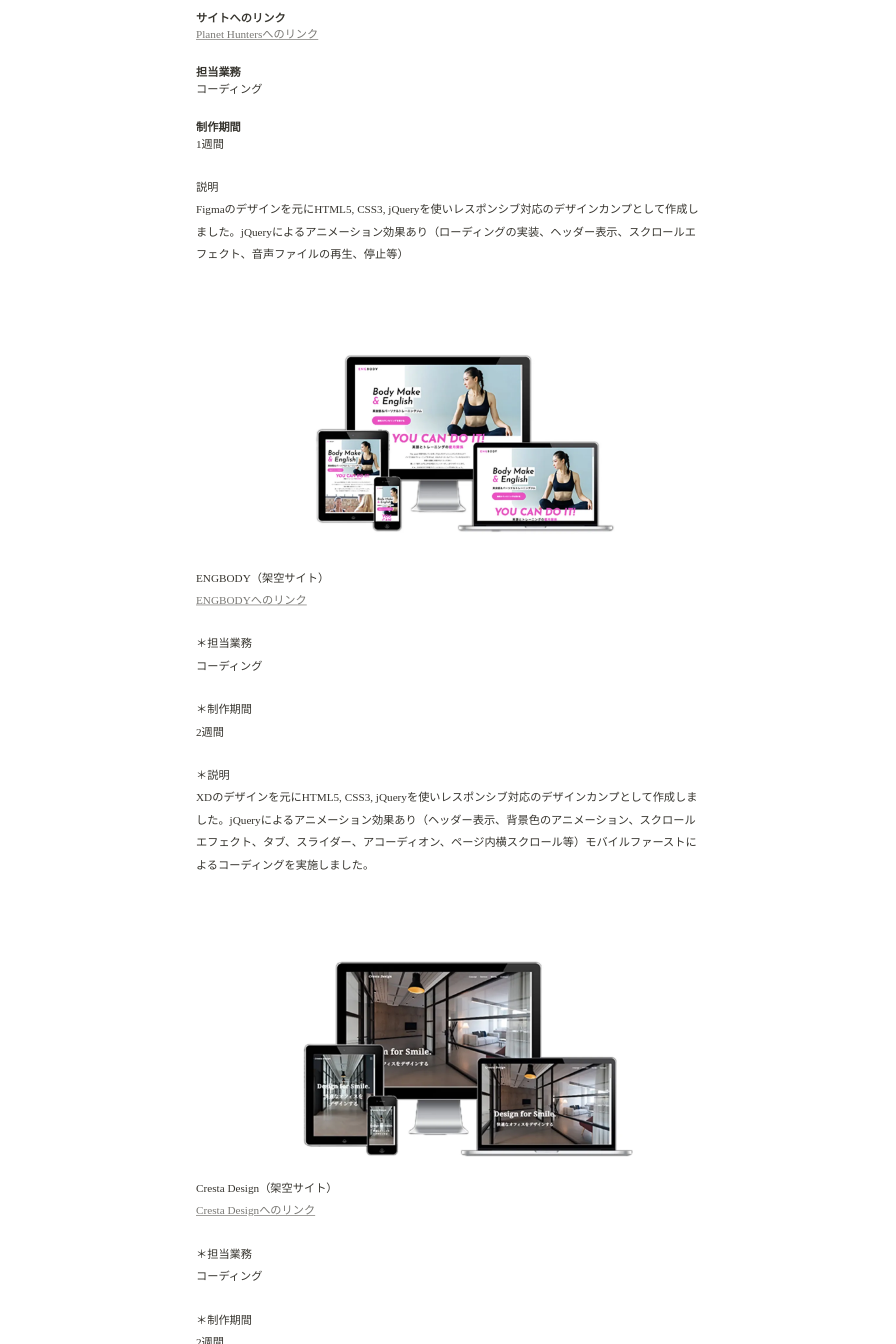
Repository: tetishi/my-portfolio
Page: index.html
These files come from the project's save history. The page is drawn as it stood at one moment and after a run of saves; the edit follows.
The browser window is 1280 px wide. The pictures show the part of the page from y = 4274 to 6194 px (the page is 11563 px tall before and 11547 px after), at 70% of full size.
The style sheet was rebuilt from its Sass, Less or Tailwind sources for each picture, by a compiler version that may differ from the author's.

Above is the page before, as saved 2024-05-19 15:51:10.

### index.html
<!DOCTYPE html>
<html lang="ja">

<head>
    <meta name="robots" content="noindex">
    <meta charset="UTF-8">
    <meta name="viewport" content="width=device-width, initial-scale=1.0">
    <meta http-equiv="X-UA-Compatible" content="ie=edge">
    <meta property="og:title" content="石田哲朗のポートフォリオ" />
    <meta property="og:type" content="website" />
    <meta property="og:url" content="http://tetsuroishida.com/" />
    <meta property="og:image" content="#" />
    <meta property="og:site_name" content="ポートフォリオ" />
    <meta property="og:description" content="石田哲朗のポートフォリオです。過去の作品、スキル、使用ツール、自己紹介を掲載しております。" />
    <title>石田哲朗のポートフォリオ</title>
    <link rel="stylesheet" href="reset.css">
    <link rel="stylesheet" href="style.css">
    <link rel="icon" href="img/favicon.ico">
</head>

<body>
    <header class="header">
        <div class="header-inner">
            <h1 class="logo">
                <a href="/">
                    <img class="logo_img" src="img/favicon.png" alt="">
                </a>
            </h1>
            <nav class="header-nav">
                <ul class="header-ul">
                    <li class="header-li">
                        <a href="#">過去の作品</a>
                    </li>
                    <li class="header-li">
                        <a href="#">スキル</a>
                    </li>
                    <li class="header-li">
                        <a href="#">使用ツール</a>
                    </li>
                    <li class="header-li">
                        <a href="#">私について</a>
                    </li>
                </ul>
            </nav>
            <button class="mobile-menu_btn">
                <span></span>
                <span></span>
                <span></span>
            </button>
            <div class="mobile-header">
                <nav class="mobile-header_nav">
                    <ul class="mobile-header_ul">
                        <li class="mobile-header_li">
                            <a href="#">過去の作品</a>
                        </li>
                        <li class="mobile-header_li">
                            <a href="#">スキル</a>
                        </li>
                        <li class="mobile-header_li">
                            <a href="#">使用ツール</a>
                        </li>
                        <li class="mobile-header_li">
                            <a href="#">私について</a>
                        </li>
                    </ul>
                </nav>
            </div>
        </div>
    </header>

    <main>

        <section>
            <!-- ここ記入 -->
            <h1>ポートフォリオ<br class="d-none">（石田 哲朗）</h1>
            <p>お忙しい中 ご覧頂きありがとうございます。</p>
            <p>以下、過去の作品でございます。</p>
            <!-- ここ記入 -->
            <!-- <p>ベーシック認証がかかっているものは<br>ID aaa<br>パスワード aaa<br> です。</p> -->
        </section>
        <section>

            <h2>過去の作品</h2>
            <h3 class="sub-tit">LP作成</h3>

            <!-- １作品目 -->
            <div class="work">
                <!-- ここ記入 -->
                <h3 class="work_tit">UNIVERSAL HOLDINGS様／山中湖オリオン</h3>

                <!-- サイトのイメージ写真を入れます -->
                <a class="work_img-link" target="_blank" href="https://orion.universalholdings.jp/">
                    <picture>
                        <source srcset="img/universal-holdings@2x.webp" type="image/webp">
                        <img src="img/universal-holdings@2x.png">
                    </picture>
                </a>
                <p>
                    UNIVERSAL HOLDINGS様の貸別荘ビジネス「山中湖オリオン」についてのLP（ランディングページ）を制作致しました。<br>
                    「山中湖オリオン」は優れた強固な構造が特徴で、長期の運用が可能なフィンランドログを使用した貸別荘です。<br>
                </p>
                <h3 class="details">サイトへのリンク</h3>
                <!-- ここ記入 -->
                <p class="work_link"><a target="_blank" rel="noopener noreferrer" href="https://orion.universalholdings.jp/">UNIVERSAL HOLDINGS様／山中湖オリオンのLPへのリンク</a></p>
                <p class="work_link"><a target="_blank" rel="noopener noreferrer" href="https://orion-salon.universalholdings.jp/">UNIVERSAL HOLDINGS様／山中湖オリオン ABテスト用LPへのリンク</a></p>

                <h3 class="details">担当業務</h3>
                <p>コーディング / WordPress</p>
                <h3 class="details">サイトの目的</h3>
                <p>共同事業パートナーの募集 / 事業の認知</p>
                <h3 class="details">制作期間</h3>
                <!-- ここ記入 -->
                <p>約5日（コーディング / WordPress）</p>
                <h3 class="details">説明</h3>
                <!-- ここ記入 -->
                <p>
                    UNIVERSAL HOLDINGS様の貸別荘ビジネス「山中湖オリオン」についてのLP（ランディングページ）を制作致しました。<br>
                    「山中湖オリオン」は優れた強固な構造が特徴で、長期の運用が可能なフィンランドログを使用した貸別荘です。<br>
                    デザインパートナーにてデザインを作成、Photoshopのデザインを元にHTML5, CSS3, JavaScript(jQuery)を使用しLPをコーディング、WordPress化致しました。<br>
                    ・ユーザーにとってクリックしやすくなるように、ボタンは光るようにコーディングしております。<br>
                    ・ABテスト用に一部異なるデザインのLPも制作致しました。
                </p>
            </div>


            <!-- 2作品目 -->
            <div class="work">
                <!-- ここ記入 -->
                <h3 class="work_tit">合同会社シュアーズ様／AIオートメーションシステムのLP</h3>

                <!-- サイトのイメージ写真を入れます -->
                <a class="work_img-link" target="_blank" href="https://sedori-go.com/automation-b/">
                    <picture>
                        <source srcset="img/automation-b@2x.webp" type="image/webp">
                        <img src="img/automation-b@2x.png">
                    </picture>
                </a>
                <!-- ここ記入 -->
                <p>
                    合同会社シュアーズ様のAIオートメーションシステムについてのLP（ランディングページ）を制作致しました。<br>
                    平凡なサラリーマンがネット販売で独立を叶え、起業初年度に「1億円」を叶えた特効薬（秘密）を初公開しております。
                </p>

                <h3 class="details">サイトへのリンク</h3>
                <p class="work_link"><a target="_blank" rel="noopener noreferrer" href="https://sedori-go.com/automation-b/">AIオートメーションシステムのLPへのリンク</a></p>

                <h3 class="details">担当業務</h3>
                <p>コーディング / ディレクション</p>

                <h3 class="details">サイトの目的</h3>
                <p>サービスの認知 / 新規クライアントの獲得</p>

                <h3 class="details">制作期間</h3>
                <!-- ここ記入 -->
                <p>5日（コーディング / ディレクション）</p>

                <h3 class="details">説明</h3>
                <!-- ここ記入 -->
                <p>デザインパートナーにてデザインを作成、Figmaのデザインを元にHTML5、CSS3、JavaScript（jQuery）を使いレスポンシブ対応のLPを制作致しました。<br>
                    ・MyASPを使用し、メール配信機能を実装しました。<br>
                    ・お客様とデザイナーの間に立ち、お客様のご要望が上手くデザイナーに伝わるように、ディレクション業務も行いました。
                </p>
            </div>

            <!-- 3作品目 -->
            <div class="work">
                <h3 class="work_tit">合同会社シュアーズ様／AIオートメーションのLP</h3>

                <!-- サイトのイメージ写真を入れます -->
                <a class="work_img-link" target="_blank" href="https://sedori-go.com/automationlp/">
                    <picture>
                        <source srcset="img/automation-a@2x.webp" type="image/webp">
                        <img src="img/automation-a@2x.png">
                    </picture>
                </a>
                <!-- ここ記入 -->
                <p>
                    合同会社シュアーズ様のAIオートメーションシステムについてのLP（ランディングページ）を制作致しました。<br>
                    自分でリサーチしない、勝手に利益商品をみつけてくれるAIオートメーションシステムです。
                </p>

                <h3 class="details">サイトへのリンク</h3>
                <p class="work_link"><a target="_blank" rel="noopener noreferrer" href="https://sedori-go.com/automationlp/">AIオートメーションのLPへのリンク</a></p>

                <h3 class="details">担当業務</h3>
                <p>コーディング / ディレクション</p>

                <h3 class="details">サイトの目的</h3>
                <p>サービスの認知 / 新規クライアントの獲得</p>

                <h3 class="details">制作期間</h3>
                <!-- ここ記入 -->
                <!-- <p>11日（6日デザイン、5日コーディング）</p> -->
                <p>5日（コーディング / ディレクション）</p>

                <h3 class="details">説明</h3>
                <!-- ここ記入 -->
                <p>デザインパートナーにてデザインを作成、Figmaのデザインを元にHTML5、CSS3、JavaScript（jQuery）を使いレスポンシブ対応のLPを制作致しました。<br>
                    ・MyASPを使用し、メール配信機能を実装しました。<br>
                    ・お客様とデザイナーの間に立ち、お客様のご要望が上手くデザイナーに伝わるように、ディレクション業務も行いました。
                </p>
            </div>

            <!-- 4作品目 -->
            <div class="work">
                <!-- ここ記入 -->
                <h3 class="work_tit">Planet Hunters（架空サイト）</h3>

                <!-- サイトのイメージ写真を入れます -->
                <a class="work_img-link" target="_blank" href="https://tetishi.github.io/planet-hunters/">
                    <picture>
                        <source srcset="img/planet-hunters@2x.webp" type="image/webp">
                        <img src="img/planet-hunters@2x.png">
                    </picture>
                </a>
                <!-- ここ記入 -->
                <h3 class="details">サイトへのリンク</h3>
                <p class="work_link"><a target="_blank" rel="noopener noreferrer" href="https://tetishi.github.io/planet-hunters/">Planet Huntersへのリンク</a></p>

                <h3 class="details">担当業務</h3>
                <p>コーディング</p>

                <h3 class="details">制作期間</h3>
                <!-- ここ記入 -->
                <p>1週間</p>
                <p class="details">説明</p>
                <!-- ここ記入 -->
                <p>Figmaのデザインを元にHTML5, CSS3, jQueryを使いレスポンシブ対応のデザインカンプとして作成しました。jQueryによるアニメーション効果あり（ローディングの実装、ヘッダー表示、スクロールエフェクト、音声ファイルの再生、停止等）</p>
            </div>

            <!-- 5作品目 -->
            <div class="work">
                <!-- サイトのイメージ写真を入れます -->
                <picture>
                    <source srcset="img/engbody@2x.webp" type="image/webp">
                    <img src="img/engbody@2x.png">
                </picture>
                <!-- ここ記入 -->
                <p class="work_tit">ENGBODY（架空サイト）</p>
                <!-- ここ記入 -->
                <p class="work_link"><a target="_blank" rel="noopener noreferrer" href="https://tetishi.github.io/engbody/">ENGBODYへのリンク</a></p>
                <p class="details">＊担当業務</p>
                <p>コーディング</p>
                <p class="details">＊制作期間</p>
                <!-- ここ記入 -->
                <p>2週間</p>
                <p class="details">＊説明</p>
                <!-- ここ記入 -->
                <p>XDのデザインを元にHTML5, CSS3, jQueryを使いレスポンシブ対応のデザインカンプとして作成しました。jQueryによるアニメーション効果あり（ヘッダー表示、背景色のアニメーション、スクロールエフェクト、タブ、スライダー、アコーディオン、ページ内横スクロール等）モバイルファーストによるコーディングを実施しました。</p>
            </div>

            <!-- 　6作品目 -->
            <div class="work">
                <!-- サイトのイメージ写真を入れます -->
                <picture>
                    <source srcset="img/cresta-design@2x.webp" type="image/webp">
                    <img src="img/cresta-design@2x.png">
                </picture>
                <!-- ここ記入 -->
                <p class="work_tit">Cresta Design（架空サイト）</p>
                <!-- ここ記入 -->
                <p class="work_link"><a target="_blank" rel="noopener noreferrer" href="https://tetishi.github.io/cresta-design/">Cresta Designへのリンク</a></p>
                <p class="details">＊担当業務</p>
                <p>コーディング</p>
                <p class="details">＊制作期間</p>
                <!-- ここ記入 -->
                <p>2週間</p>
                <p class="details">＊説明</p>
                <!-- ここ記入 -->
                <p>XDのデザインを元にHTML5, CSS3, jQueryを使いレスポンシブ対応のデザインカンプとして作成しました。jQueryによるアニメーション効果あり（ハンバーガーメニュー、ページ内スクロールボタン）</p>
            </div>

            <!-- 　7作品目 -->
            <div class="work">
                <!-- サイトのイメージ写真を入れます -->
                <picture>
                    <source srcset="img/wdc@2x.webp" type="image/webp">
                    <img src="img/wdc@2x.png">
                </picture>
                <!-- ここ記入 -->
                <p class="work_tit">WDC（架空サイト）</p>
                <!-- ここ記入 -->
                <p class="work_link"><a target="_blank" rel="noopener noreferrer" href="https://tetishi.github.io/wdc/">WDCへのリンク</a></p>
                <p class="details">＊担当業務</p>
                <p>コーディング</p>
                <p class="details">＊制作期間</p>
                <!-- ここ記入 -->
                <p>2週間</p>
                <p class="details">＊説明</p>
                <!-- ここ記入 -->
                <p>XDのデザインを元にHTML5, CSS3, jQueryを使いレスポンシブ対応のデザインカンプとして作成しました。jQueryによるアニメーション効果あり（ページ内スクロールボタン、トップに戻るボタン）</p>
            </div>

            <!-- 　8作品目 -->
            <div class="work">
                <!-- サイトのイメージ写真を入れます -->
                <picture>
                    <source srcset="img/munchkin@2x.webp" type="image/webp">
                    <img src="img/munchkin@2x.png">
                </picture>
                <!-- ここ記入 -->
                <p class="work_tit">MUNCHKIN（架空サイト）</p>
                <!-- ここ記入 -->
                <p class="work_link"><a target="_blank" rel="noopener noreferrer" href="https://tetishi.github.io/munchkin2/">MUNCHKINへのリンク</a></p>
                <p class="details">＊担当業務</p>
                <p>コーディング</p>
                <p class="details">＊制作期間</p>
                <!-- ここ記入 -->
                <p>1週間</p>
                <p class="details">＊説明</p>
                <!-- ここ記入 -->
                <p>XDのデザインを元にHTML5, CSS3, jQueryを使いレスポンシブ対応のデザインカンプとして作成しました。jQueryによるアニメーション効果あり（ハンバーガーメニュー、スクロールボタン）</p>
            </div>


            <h3 class="sub-tit">コーポレイトサイト作成</h3>
            <!-- 　1作品目 -->
            <div class="work">
                <!-- サイトのイメージ写真を入れます -->
                <picture>
                    <source srcset="img/pon-design@2x.webp" type="image/webp">
                    <img src="img/pon-design@2x.png">
                </picture>
                <!-- ここ記入 -->
                <p class="work_tit">PON DESIGN（架空サイト）</p>
                <!-- ここ記入 -->
                <p class="work_link"><a target="_blank" rel="noopener noreferrer" href="https://tetishi.github.io/pon-design/">PON DESIGNへのリンク</a></p>
                <p class="details">＊担当業務</p>
                <p>コーディング</p>
                <p class="details">＊制作期間</p>
                <!-- ここ記入 -->
                <p>約18日</p>
                <p class="details">＊説明</p>
                <!-- ここ記入 -->
                <p>XDのデザインを元にHTML5, CSS3, jQueryを使いレスポンシブ対応のデザインカンプとして作成しました。jQueryによるアニメーション効果あり（ハンバーガーメニュー、スライダー等）</p>
            </div>


            <!-- 　2作品目 -->
            <div class="work">
                <!-- サイトのイメージ写真を入れます -->
                <picture>
                    <source srcset="img/start@2x.webp" type="image/webp">
                    <img src="img/start@2x.png">
                </picture>
                <!-- ここ記入 -->
                <p class="work_tit">START（架空サイト）</p>
                <!-- ここ記入 -->
                <p class="work_link"><a target="_blank" rel="noopener noreferrer" href="https://tetishi.github.io/">STARTへのリンク</a></p>
                <p class="details">＊担当業務</p>
                <p>コーディング</p>
                <p class="details">＊制作期間</p>
                <!-- ここ記入 -->
                <p>1週間</p>
                <p class="details">＊説明</p>
                <!-- ここ記入 -->
                <p>XDのデザインを元にHTML5, CSS3, jQueryを使いレスポンシブ対応のデザインカンプとして作成しました。jQueryによるアニメーション効果あり（ハンバーガーメニュー）</p>
            </div>

            <!-- <div class="work"> -->
                <!-- サイトのイメージ写真を入れます -->
                <!-- <picture>
                    <source srcset="img/#" type="image/webp">
                    <img src="img/#">
                </picture> -->
                <!-- ここ記入 -->
                <!-- <p class="work_tit">ここに作品のタイトルを入れます</p> -->
                <!-- ここ記入 -->
                <!-- <p class="work_link"><a target="_blank" rel="noopener noreferrer" href="#">ここにリンクを入れます</a></p>
                <p class="details">＊担当業務</p>
                <p>コーディング</p>
                <p class="details">＊制作期間</p> -->
                <!-- ここ記入 -->
                <!-- <p>○週間</p>
                <p class="details">＊説明</p> -->
                <!-- ここ記入 -->
                <!-- <p>ここに説明文を入れます</p>
            </div> -->


        </section>
        <section>
            <h2>スキル</h2>
            <h3 class="info-tit">使用言語</h3>
            <p>HTML / CSS / Sass / Javascript / SEO / PHP</p>
            <h3 class="info-tit">フレ-ムワーク</h3>
            <p>jQuery / WordPress</p>
        </section>
        <section>
            <h2>使用ツール</h2>
            <h3 class="info-tit">エディター</h3>
            <p>Visual Studio Code</p>
            <h3 class="info-tit">テストサーバー</h3>
            <p>シン・クラウド for Free / エックスフリー</p>
            <h3 class="info-tit">バージョン管理ツール</h3>
            <p>GitHub</p>
            <h3 class="info-tit">連絡ツール</h3>
            <p>slack / Chatwork</p>
        </section>
        <section>
            <h2>私について</h2>
            <!-- 自分の写真を入れます -->
            <picture>
                <source srcset="img/myself.webp" type="image/webp">
                <img class="people" src="img/myself.jpeg">
            </picture>
            <!-- <img class="people" src="img/myself.jpeg"> -->
            <h3 class="info-tit">名前</h3>
            <!-- ここ記入 -->
            <p>石田 哲朗</p>
            <h3 class="info-tit">生年月日</h3>
            <!-- ここ記入 -->
            <p>1992年11月12日</p>
            <h3 class="info-tit">出身</h3>
            <!-- ここ記入 -->
            <p>奈良県</p>
            <h3 class="info-tit">経歴</h3>
            <!-- ここ記入 -->
            <ul class="carrier-list">
                <li class="carrier-item">
                    <p class="carrier-year">2015</p>
                    <p class="carrier-content">大阪の大学を経済学部で卒業</p>
                </li>
                <li class="carrier-item">
                    <p class="carrier-year">2015 - 2017</p>
                    <p class="carrier-content">アメリカ、ロサンゼルスの語学学校で英語を学ぶ</p>
                </li>
                <li class="carrier-item">
                    <p class="carrier-year">2017 - 2019</p>
                    <p class="carrier-content">カリフォルニア州オークランドにあるLaney Collegeにてコンピュータプログラミング専攻し卒業</p>
                </li>
                <li class="carrier-item">
                    <p class="carrier-year">2019</p>
                    <p class="carrier-content">フリーランスのWebエンジニアとして活動</p>
                </li>
                <li class="carrier-item">
                    <p class="carrier-year">2019 - 2020</p>
                    <p class="carrier-content">プログラミングスクールにてRuby on Ralisなどを学び実際に業務としてWeb開発を実施</p>
                </li>
                <li class="carrier-item">
                    <p class="carrier-year">2021 ~ 2023</p>
                    <p class="carrier-content">ネットワークエンジニアとして勤務</p>
                </li>
                <li class="carrier-item">
                    <p class="carrier-year">2022 ~ 現在</p>
                    <p class="carrier-content">フリーランスのWebエンジニアとして活動中</p>
                </li>
            </ul>
        </section>



    </main>

    <footer class="footer">
        <div class="footer-copyright">
            <p>
                © 2023 Tetsuro Ishida's portfolio All rights reserved
            </p>
        </div>
    </footer>

</body>

</html>

### reset.css
/*
html5doctor.com Reset Stylesheet
v1.6.1
Last Updated: 2010-09-17
Author: Richard Clark - http://richclarkdesign.com
Twitter: @rich_clark
*/

html,
body,
div,
span,
object,
iframe,
h1,
h2,
h3,
h4,
h5,
h6,
p,
blockquote,
pre,
abbr,
address,
cite,
code,
del,
dfn,
em,
img,
ins,
kbd,
q,
samp,
small,
strong,
sub,
sup,
var,
b,
i,
dl,
dt,
dd,
ol,
ul,
li,
fieldset,
form,
label,
legend,
table,
caption,
tbody,
tfoot,
thead,
tr,
th,
td,
article,
aside,
canvas,
details,
figcaption,
figure,
footer,
header,
hgroup,
menu,
nav,
section,
summary,
time,
mark,
audio,
video {
    margin: 0;
    padding: 0;
    border: 0;
    outline: 0;
    font-size: 100%;
    vertical-align: baseline;
    background: transparent;
}

body {
    line-height: 1;
}

article,
aside,
details,
figcaption,
figure,
footer,
header,
hgroup,
menu,
nav,
section {
    display: block;
}

nav ul {
    list-style: none;
}

blockquote,
q {
    quotes: none;
}

blockquote:before,
blockquote:after,
q:before,
q:after {
    content: '';
    content: none;
}

a {
    margin: 0;
    padding: 0;
    font-size: 100%;
    vertical-align: baseline;
    background: transparent;
}


/* change colours to suit your needs */

ins {
    background-color: #ff9;
    color: #000;
    text-decoration: none;
}


/* change colours to suit your needs */

mark {
    background-color: #ff9;
    color: #000;
    font-style: italic;
    font-weight: bold;
}

del {
    text-decoration: line-through;
}

abbr[title],
dfn[title] {
    border-bottom: 1px dotted;
    cursor: help;
}

table {
    border-collapse: collapse;
    border-spacing: 0;
}


/* change border colour to suit your needs */

hr {
    display: block;
    height: 1px;
    border: 0;
    border-top: 1px solid #cccccc;
    margin: 1em 0;
    padding: 0;
}

input,
select {
    vertical-align: middle;
}


/*end reset css*/

Loaded but not shown: style.scss (210 lines, source omitted)

After the next 2 saves:
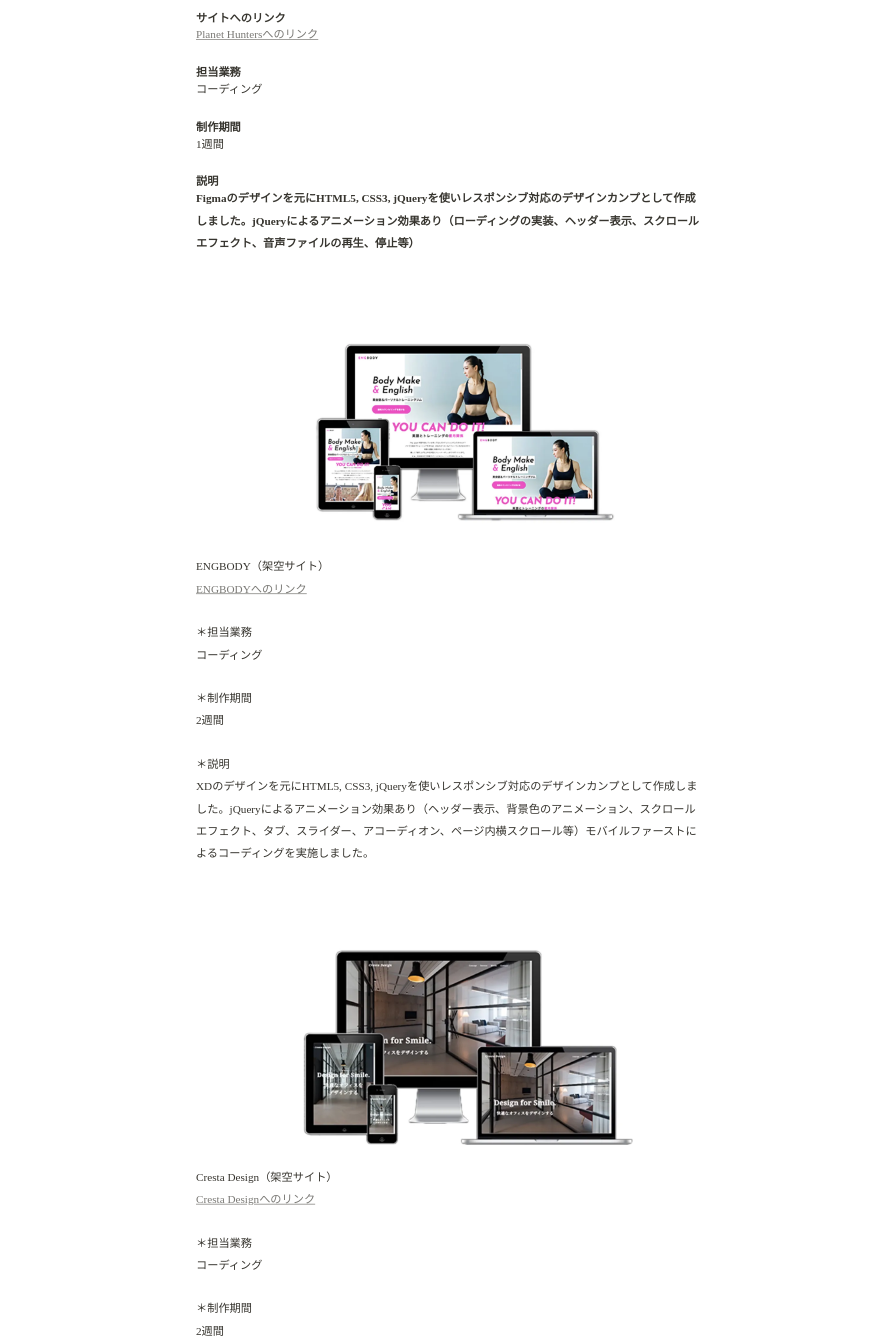
The 2 saves are shown as one change because they came seconds apart.
The last was saved 9 s later.
--- a/index.html
+++ b/index.html
@@ -223,7 +223,8 @@
                 <h3 class="details">制作期間</h3>
                 <!-- ここ記入 -->
                 <p>1週間</p>
-                <p class="details">説明</p>
+
+                <h3 class="details">説明</p>
                 <!-- ここ記入 -->
                 <p>Figmaのデザインを元にHTML5, CSS3, jQueryを使いレスポンシブ対応のデザインカンプとして作成しました。jQueryによるアニメーション効果あり（ローディングの実装、ヘッダー表示、スクロールエフェクト、音声ファイルの再生、停止等）</p>
             </div>
